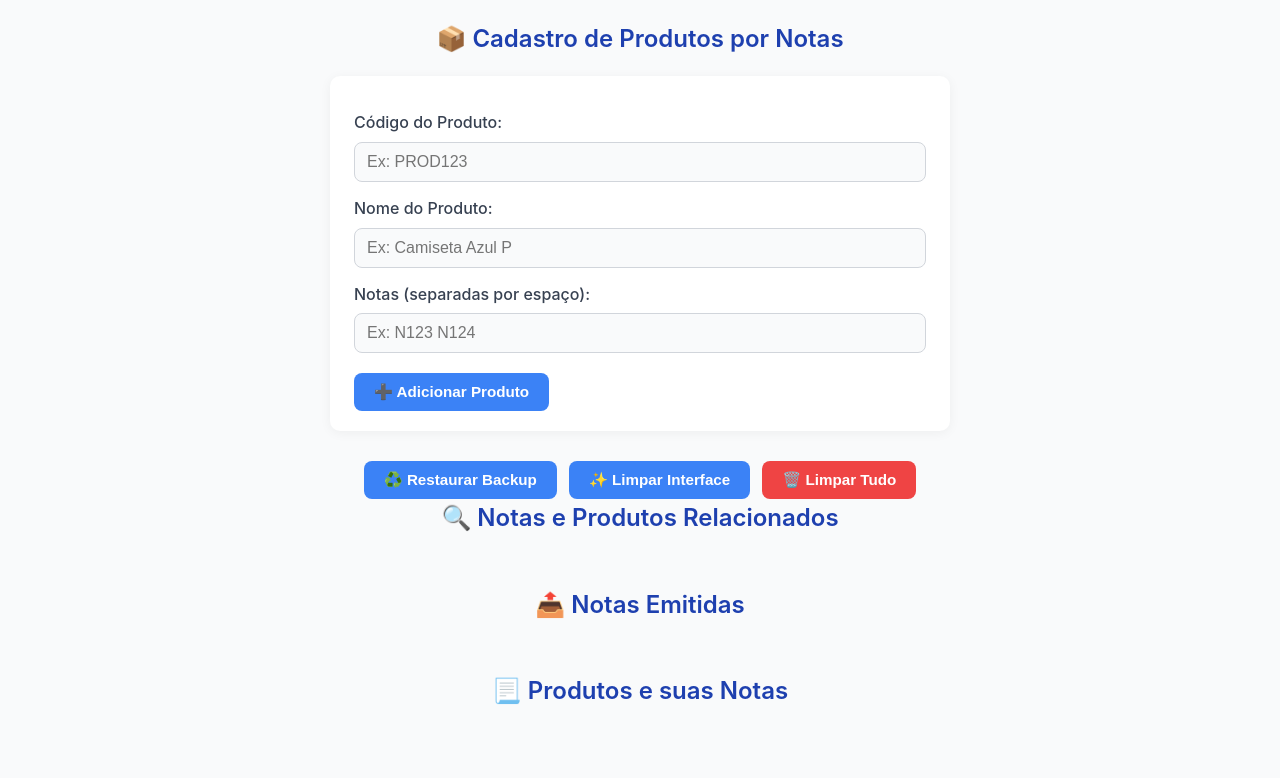
Repository: meiotera/cadastroNotasProdutos
Page: index.html
The author's editor kept a copy of each file at every save. The page is drawn from the files as they stood at one save, then again after the next save.
The browser window is 1280 px wide. The pictures show the whole page.

Above is the page before, as saved 2025-06-11 18:34:25.

After the next save:
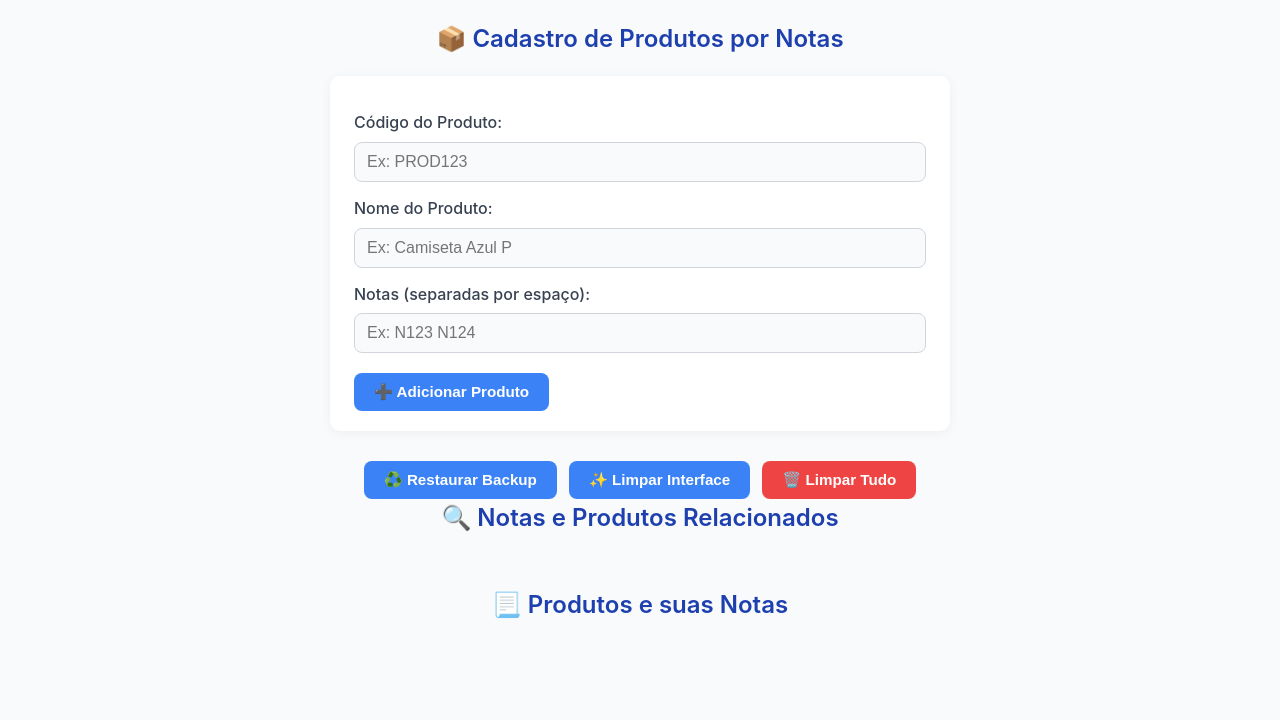
Saved 4 s later.
--- a/index.html
+++ b/index.html
@@ -35,8 +35,8 @@
     <div id="notasProdutos">
     </div>
 
-    <h2>📤 Notas Emitidas</h2>
-    <div id="notasEmitidas"></div>
+    <!-- <h2>📤 Notas Emitidas</h2>
+    <div id="notasEmitidas"></div> -->
 
     <div id="resultado">
       <h2>📃 Produtos e suas Notas</h2>

After the save that followed:
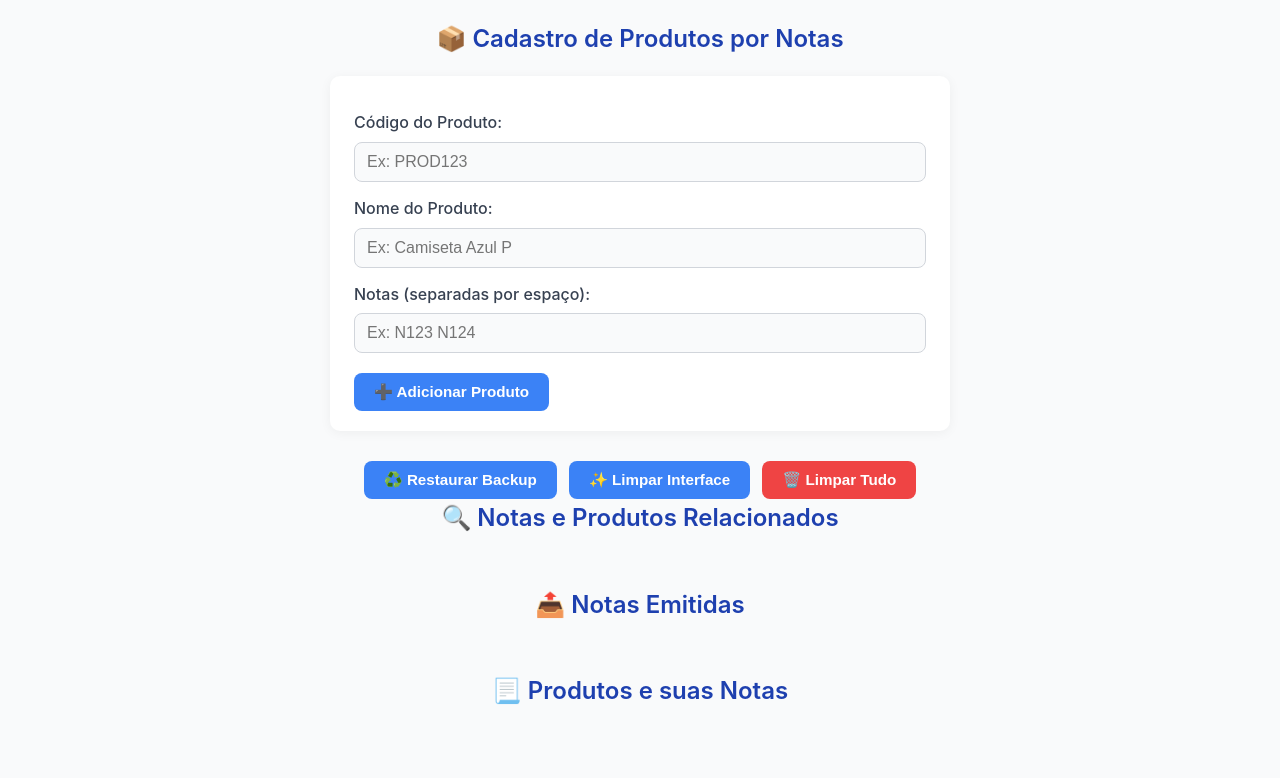
Saved 11 min 8 s later.
--- a/index.html
+++ b/index.html
@@ -35,8 +35,8 @@
     <div id="notasProdutos">
     </div>
 
-    <!-- <h2>📤 Notas Emitidas</h2>
-    <div id="notasEmitidas"></div> -->
+    <h2>📤 Notas Emitidas</h2>
+    <div id="notasEmitidas"></div>
 
     <div id="resultado">
       <h2>📃 Produtos e suas Notas</h2>
